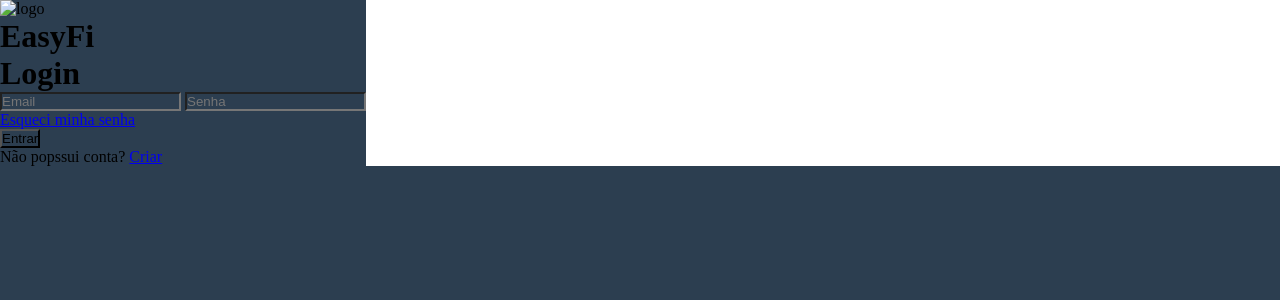
Repository: Ingridiag/projeto-engenharia
Page: login.html
These files come from the project's save history. The page is drawn as it stood at one moment and after a run of saves; the edit follows.
The browser window is 1280 px wide. The pictures show the whole page.

Above is the page before, as saved 2024-10-28 14:52:09.

### login.html
<!DOCTYPE html>
<html lang="pt">

<head>
    <meta charset="UTF-8">
    <meta name="viewport" content="width=device-width, initial-scale=1.0">
    <link rel="stylesheet" href="style.css">
    <title>Login</title>
</head>

<body>
    <div class="container">

        <!-- Tela Login -->
        <div class="login">
            <div class="primeira-coluna">
                <div>
                    <img src="#" alt="logo">
                    <h1>EasyFi</h1>
                </div>
                <div>
                    <h1 class="title">Login</h1>
                    <form>
                        <input type="email" placeholder="Email">
                        <input type="password" placeholder="Senha">
                    </form>
                    <div>
                        <a href="#" class="link">Esqueci minha senha</a>

                    </div>
                    <div class="btn-default">
                        <button>
                            Entrar
                        </button>
                    </div>
                    <div>
                        <p>Não popssui conta?
                            <span>
                                <a href="#" class="link">Criar</a>
                            </span>
                        </p>
                    </div>
                </div>
            </div>
        </div>

        <div class="cadastro"></div>



    </div>

</body>

</html>

### style.css
* {
    margin: 0;
    padding: 0;
    box-sizing: border-box;
    background: #2C3E50;
}
.container{
    background: #fff;
    display: flex;
}

.primeira-coluna{
    display: flex;
    flex-direction: column;
}

After the next 2 saves:
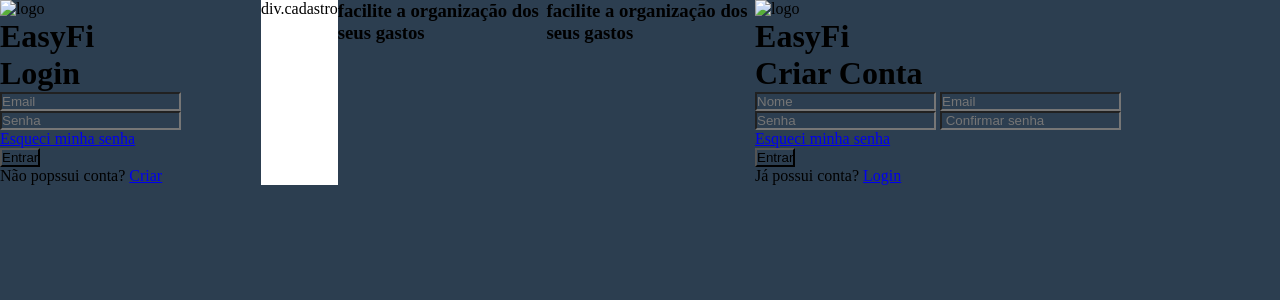
The 2 saves are shown as one change because they came seconds apart.
The last was saved 10 s later.
--- a/login.html
+++ b/login.html
@@ -44,10 +44,52 @@
             </div>
         </div>
 
-        <div class="cadastro"></div>
+        div.cadastro
 
+        <div class="segunda-coluna">
+            <h3 class="mensagem">
+                facilite a organização dos seus gastos
+            </h3>
+        </div>
 
+        <!-- Tela Cadastro -->
+        <div class="primeira-coluna">
+            <h3 class="mensagem">
+                facilite a organização dos seus gastos
+            </h3>
+        </div>
 
+        <div class="segunda-coluna">
+            <div>
+                <img src="#" alt="logo">
+                <h1>EasyFi</h1>
+            </div>
+            <div>
+                <h1 class="title">Criar Conta</h1>
+                <form>
+                    <input type="text" placeholder="Nome">
+                    <input type="email" placeholder="Email">
+                    <input type="password" placeholder="Senha">
+                    <input type="password" placeholder=" Confirmar senha">
+                </form>
+                <div>
+                    <a href="#" class="link">Esqueci minha senha</a>
+
+                </div>
+                <div class="btn-default">
+                    <button>
+                        Entrar
+                    </button>
+                </div>
+                <div>
+                    <p>Já possui conta?
+                        <span>
+                            <a href="#" class="link">Login</a>
+                        </span>
+                    </p>
+                </div>
+            </div>
+        </div>
     </div>
 
 </body>
